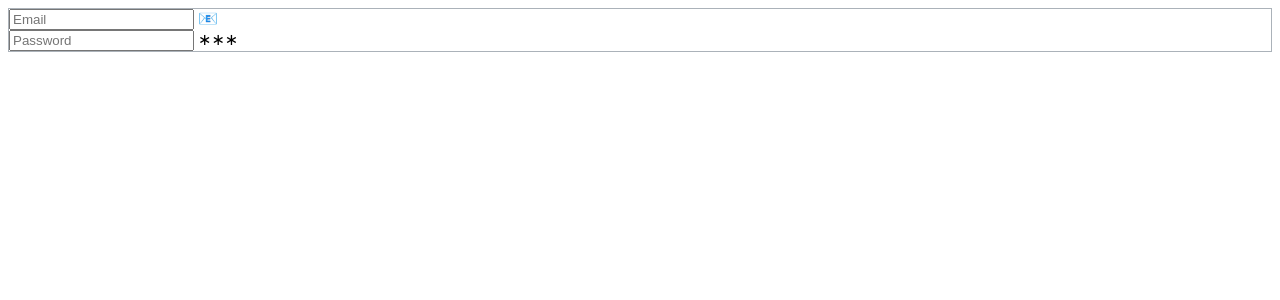
Repository: miguelamello/apm
Page: dashboard/components/login/login.html
An editor plug-in stored every save of this project. The page is shown before and after a run of saves, followed by the edit.
The browser window is 1280 px wide. The pictures show the whole page.

Above is the page before, as saved 2023-04-20 15:43:15.

After the next 2 saves:
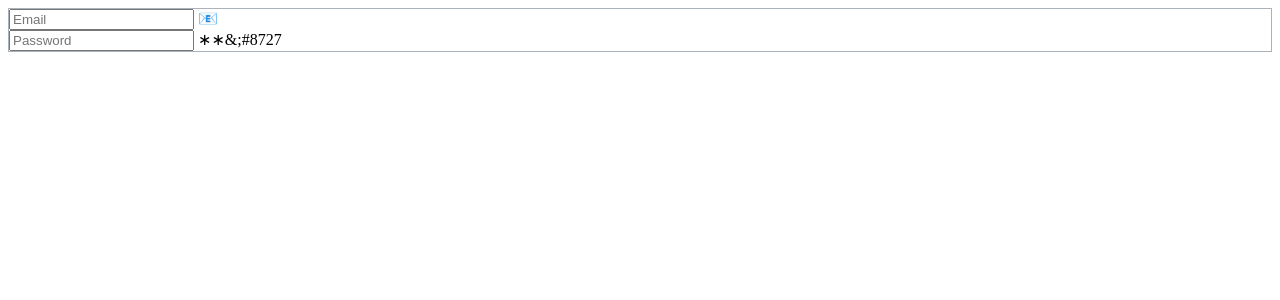
The 2 saves are shown as one change because they came seconds apart.
The last was saved 7 s later.
--- a/dashboard/components/login/login.html
+++ b/dashboard/components/login/login.html
@@ -7,7 +7,7 @@
     </div>
     <div class="input-control">
         <input type="password" class="input-contains-icon" placeholder="Password" />
-        <span class="icon">&#8727&#8727&#8727</span>
+        <span class="icon">&#8727;&#8727&;#8727</span>
     </div>
   </div>
 </div>

After the 5 saves that followed:
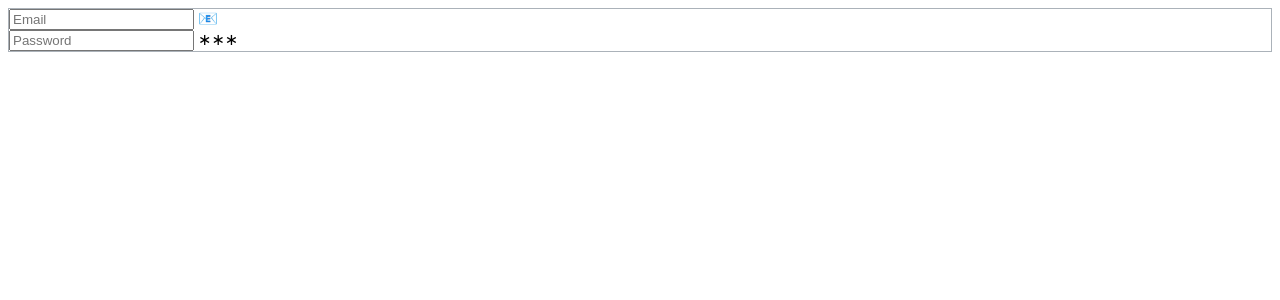
The 5 saves are shown as one change because they came seconds apart.
The last was saved 20 s later.
--- a/dashboard/components/login/login.html
+++ b/dashboard/components/login/login.html
@@ -7,7 +7,7 @@
     </div>
     <div class="input-control">
         <input type="password" class="input-contains-icon" placeholder="Password" />
-        <span class="icon">&#8727;&#8727&;#8727</span>
+        <span class="icon">&#8727;&#8727;&#8727</span>
     </div>
   </div>
 </div>
